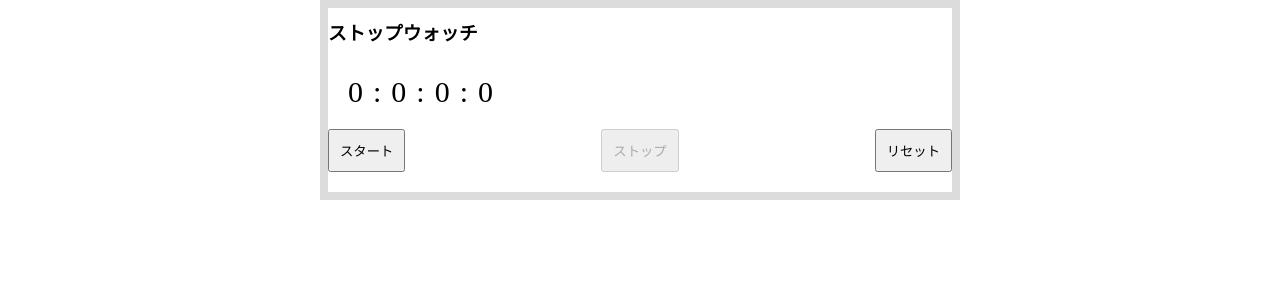
Repository: kenshirou01/TraialStopWatch
Page: kadai2/index.html
The author's editor kept a record of every edit. The page is drawn from the files as they stood at one moment, then again after the next edit.
The browser window is 1280 px wide. The pictures show the whole page.

Above is the page before.

### kadai2/index.html
<!DOCTYPE html>
<html lang="js">
<head>
  <meta charset="utf-8">
  <title>ストップウォッチ</title>
  <script src="js/jquery-3.6.0.js"></script>
  <link rel="stylesheet" href="css/main.css">
</head>
<body>

  <div class="continner">
    <h3>ストップウォッチ</h3>

    <div id=timer>0:0:0:0</div>

    <div class="buttons">
      <button id="start" class="button_width">スタート</button>
      <button id="stop" class="button_width">ストップ</button>
      <button id="reset" class="button_width">リセット</button>
    </div>
  </div>


  <script src="js/main.js"></script>
</body>
</html>

### kadai2/css/main.css
body, div, h3, button {
    padding: 0;
    margin: 0;
    box-sizing: border-box;
}

button {
    cursor: pointer;
}

.continner {
    width: 50%;
    border: solid;
    border-width: 8px;
    border-color: #dcdcdc;
    margin: 0 auto;
}

.content {
    text-align: center;
    padding-left: 20px;
    padding-right: 20px;
}

.continner h3 {
    margin: 10px 0;
}

#timer {
    font-size: 30px;
    letter-spacing: 10px;
    padding: 20px
}

.buttons {
    margin-bottom: 20px;
    display: flex;
    justify-content: space-between;
}

.button_width {
    padding: 10px;
}

### kadai2/js/main.js
'use strict';
/* global $*/

{
    const timer = document.getElementById('timer');
    const start = document.getElementById('start');
    const stop = document.getElementById('stop');
    const reset = document.getElementById('reset');
    // クリック時の時間を保持する
    let startTime;
    // 経過時刻を更新する
    let elapsedTime = 0;
    // タイマーを止めるにはclearTimeoutを使い、引数に渡すIDが必要
    let timerId;
    // タイマーをストップ -> 再開させたら０になってしまうのを避ける変数。
    let timeToadd = 0;

    // Activated();
    stop.disabled=true;

    function updateTimetText(){
        // 変数 = 13520 / xミリ秒で割った数の商
        let m = Math.floor(elapsedTime / 60000);
        //s(秒) = 135200 % 60000ミリ秒で / 1000 (ミリ秒なので1000で割ってやる) -> 15秒
        let ds = Math.floor(elapsedTime % 60000 / 10000)
        let s = Math.floor(elapsedTime % 60000 / 1000);
        let ms = elapsedTime % 1000;

        // 例135200 / 60000 = 2(Math.floorで少数点切捨てるので)-1で末尾一桁固定にできる。
        m = ('0' + m).slice(-1);
        ds = ('0' + ds).slice(-1);
        s = ('0' + s).slice(-1);
        ms = ('0' + ms).slice(1,2);

        // 表示させる。
        timer.textContent = m + ':' + ds + ':' + s + ':' + ms;


    }

    function countUp() {
        // timerId変数はsetTimeoutの返り値になるので代入する
        timerId = setTimeout(function(){
            //経過時刻は現在時刻をミリ秒で示すDate.now()からstartを押した時の時刻(startTime)を引く
            elapsedTime = Date.now() - startTime + timeToadd;
            updateTimetText();

            //countUp関数自身を呼ぶことで10ミリ秒毎に以下の計算を始める
            countUp();

        },10);
    }

    // startボタンにクリック時のイベントを追加（タイマースタートイベント）
    start.addEventListener('click', function(){

        // クリックした時間を代入
        startTime = Date.now();
        countUp();

        Activated();
    });

    // stopボタンにクリック時のイベントを追加
    stop.addEventListener('click', function(){
        Activated();
        //タイマーを止めるにはclearTimeoutを使う必要があり、
        // そのためにはclearTimeoutの引数に渡すためのタイマーのidが必要
        clearTimeout(timerId);

        // stopした際の経過時間を再開時に＋
        timeToadd += Date.now() - startTime;
    });

    // resetボタンにクリック時のイベントを追加
    reset.addEventListener('click', function() {
       elapsedTime = 0;
       timeToadd = 0;
       updateTimetText();
    });

    function Activated(){
        if(start.disabled === false){
            start.disabled=true;
            reset.disabled=true;
            stop.disabled=false;
            // start.removeAttribute("disabled");
        }else if(stop.disabled === false){
            start.disabled=false;
            reset.disabled=false;
            stop.disabled=true;
        }
    }

}

Loaded but not shown: kadai2/js/jquery-3.6.0.js (library)

After the next edit:
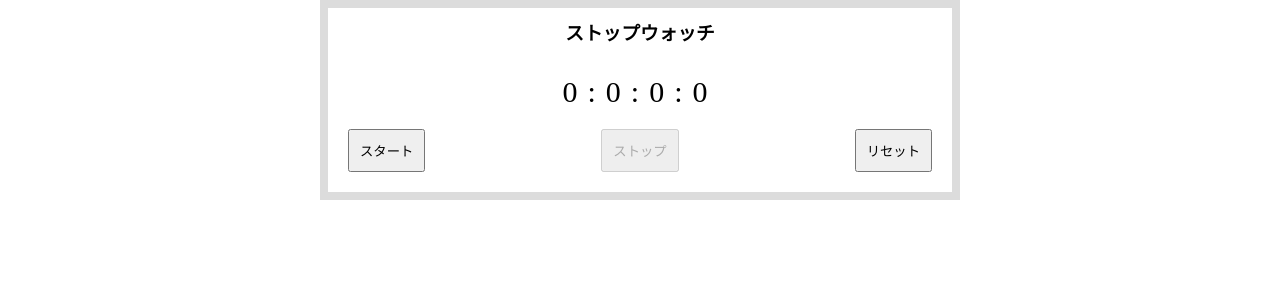
The edit:
--- a/kadai2/index.html
+++ b/kadai2/index.html
@@ -9,6 +9,7 @@
 <body>
 
   <div class="continner">
+    <div class="content">
     <h3>ストップウォッチ</h3>
 
     <div id=timer>0:0:0:0</div>
